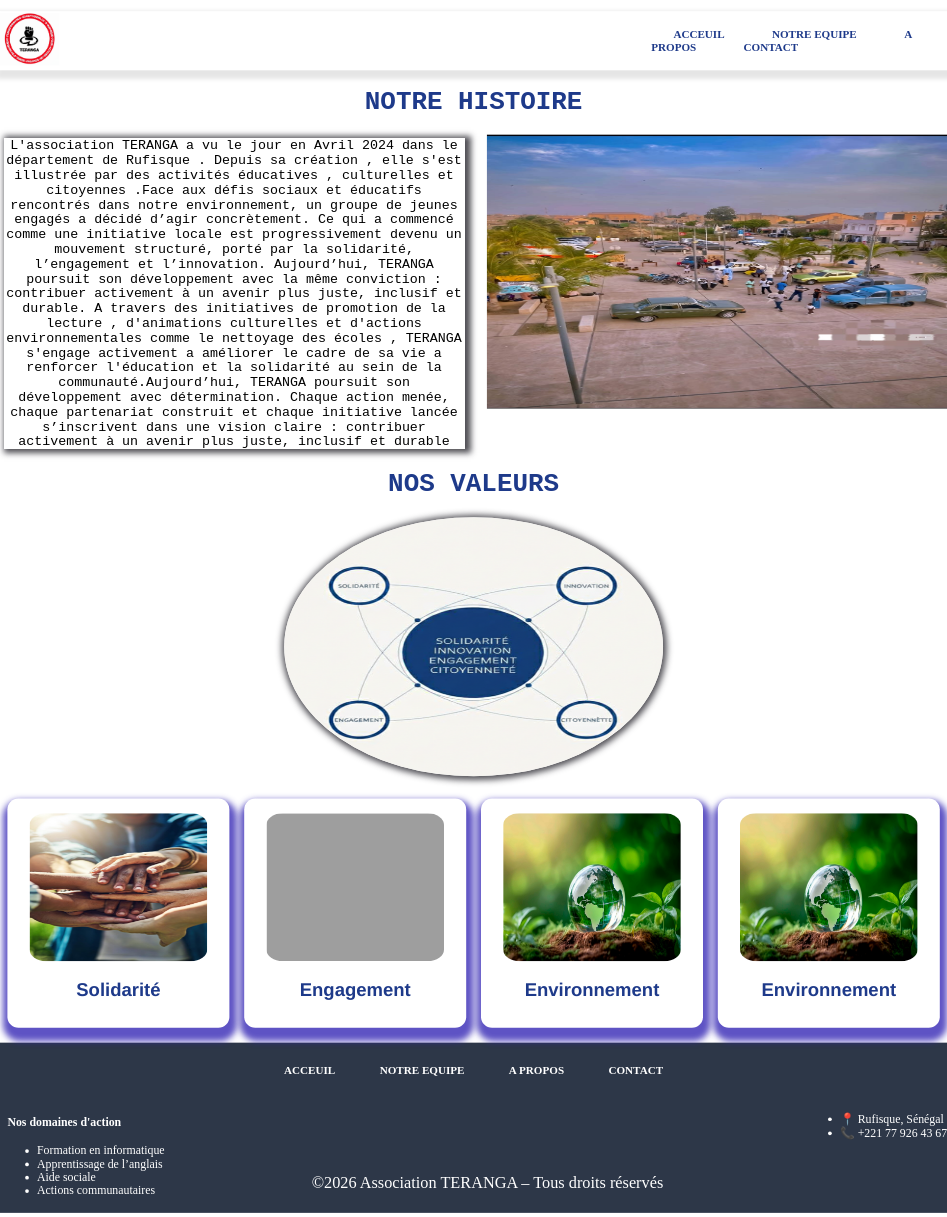
Repository: assanendao171/projet-teranga
Page: propos.html
An editor plug-in stored every save of this project. The page is shown before and after the next save, followed by the edit.
The browser window is 1280 px wide. The pictures show the whole page, at 74% of full size.
Pictures or frames that could not be fetched are drawn as grey boxes.

Above is the page before, as saved 2026-02-12 13:28:23.

### propos.html
<!DOCTYPE html>
<html lang="en">
<head>
    <meta charset="UTF-8">
    <meta name="viewport" content="width=device-width, initial-scale=1.0">
    <title>Document</title>
    <link rel="stylesheet" href="propos.css">
</head>
<body>
        <!-- l'entete -->
    <header>
      <!-- logo -->
       <div class="contain-logo">
      <img src="image/logo.jpeg" alt="" class="logo" />
      </div>
      <div class="btn-nav">
        <nav>
          <a href="acceuil.html" target="_blank">ACCEUIL</a>
          <a href="equipe.html" target="_blank">NOTRE EQUIPE</a>
          <a href="propos.html" target="_blank">A PROPOS</a>
          <a href="contact.html" target="_blank">CONTACT</a>

        </nav>
      </div>
    </header>
<!-- corps -->
<main>
<!-- section histoire -->
      <h1 id="histoire">NOTRE HISTOIRE</h1>
<div class="contain-histoire">
<p id="p-histoire">L'association TERANGA a vu le jour en Avril 2024 dans le département de Rufisque . Depuis sa création , elle
    s'est illustrée par des activités éducatives , culturelles et citoyennes .Face aux défis sociaux et éducatifs rencontrés dans notre environnement, un groupe de jeunes engagés a décidé d’agir concrètement.

Ce qui a commencé comme une initiative locale est progressivement devenu un mouvement structuré, porté par la solidarité, l’engagement et l’innovation.

Aujourd’hui, TERANGA poursuit son développement avec la même conviction : contribuer activement à un avenir plus juste, inclusif et durable.
     A travers des initiatives
    de promotion de la lecture , d'animations culturelles et d'actions environnementales comme le
    nettoyage des écoles , TERANGA s'engage activement a améliorer le cadre de sa vie a renforcer l'éducation
    et la solidarité au sein de la communauté.Aujourd’hui, TERANGA poursuit son développement avec détermination. Chaque action menée, chaque partenariat construit et chaque initiative lancée s’inscrivent dans une
    vision claire : contribuer activement à un avenir plus juste, inclusif et durable
</p>
<img src="image/histoireImage.jpeg" alt="photo histoire" class="photo-histoire">
</div>
<h1 id="valeur">NOS VALEURS</h1>
<div class="contain-valeur">
<img src="image/photo-valeur.png" alt="" class="photo-valeur">
</div>
      <div class="contain-image">
        <div class="image1">
          <img
            src="image/solidatité.jpg"
            alt="aide social"
            class="image-aide" />
          <span id="texte-aide-social">Solidarité</span>
        </div>
        <!-- ____________________ -->
        <div class="image1">
          <img src="image/engagement.jpg" alt="education" class="image-aide" />
          <span id="texte-aide-social">Engagement</span>
        </div>
        <!-- ___________________________________ -->
        <div class="image1">
          <img
            src="image/environnement.jpg"
            alt="environnement"
            class="image-aide" />
          <span id="texte-aide-social">Environnement</span>
          <!-- ______________________________________________ -->
        </div>
                <div class="image1">
          <img
            src="image/environnement.jpg"
            alt="environnement"
            class="image-aide" />
          <span id="texte-aide-social">Environnement</span>
          <!-- ______________________________________________ -->
        </div>
      </div>
</main>

    <footer>
      <nav class="btn-footer">
        <a href="acceuil.html" target="_blank">ACCEUIL</a>
        <a href="equipe.html" target="_blank">NOTRE EQUIPE</a>
        <a href="propos.html" target="_blank">A PROPOS</a>
        <a href="contact.html" target="_blank">CONTACT</a>

      </nav>
      <div class="contain-footer">
        <div class="liste-footer">
          <h4>Nos domaines d'action</h4>
          <ul>
            <li>Formation en informatique</li>
            <li>Apprentissage de l’anglais</li>
            <li>Aide sociale</li>
            <li>Actions communautaires</li>
          </ul>
        </div>
        <div class="copyright">
          <p>&copy;2026 Association TERANGA – Tous droits réservés</p>
        </div>
        <div class="contact">
          <ul>
            <li>📍 Rufisque, Sénégal</li>
            <li>📞 +221 77 926 43 67</li>
          </ul>
        </div>
      </div>
    </footer>
</body>
</html>

### propos.css
body{
    margin: 15px 0 5px 0;
}
header{
width: 100%;
height: 80px;
background-color: #FFFFFF;
box-shadow: 2px 6px 6px 6px rgba(0, 0, 0, 0.1);
display: flex;
align-items: center;
justify-content: center;
gap: 800px;
}
nav a{
    margin: 30px;
    color: #1E3A8A;
    text-decoration: none;
    font-size: 15px;
    font-weight:900;
}
nav a:hover{
    text-decoration: underline;
}
.logo{
    width: 80px;
left: 10px;
}














































footer{
    background-color: #2D3748;
    width: 100%;
    height: 230px;
    margin-top: 20px;
}
.btn-footer{
    display: flex;
    flex-direction: row;
    justify-content: center;

}
.btn-footer a{
    padding: px;
    color: #FFFFFF;
    margin: 10x;
    font-size: 15px;
}
.liste-footer{
    margin-left: 10px;
        color: #FFFFFF;

}
.contact{
    display: flex;
    flex-direction: row;
    justify-content: flex-end;
    color: #FFFFFF;
}
.contain-footer{
    display: flex;
    flex-direction: row;
    justify-content: space-between;
}
.copyright{
        color: #FFFFFF;
    font-size: 22px;
    display: flex;
    flex-direction: column;
    justify-content: flex-end;
}
/* section histoire */
#histoire{
        color: #1E3A8A;

    text-align: center;
    font-size: 35px;
font-family: 'Courier New', Courier, monospace;
}
.contain-histoire{
    display: flex;
    gap: 25px;
}
#p-histoire{
    text-align: center;
    font-size: 18px;
font-family: 'Courier New', Courier, monospace;
margin: 5px ;
   width: 50%;
    box-shadow: 5px 1px 8px 4px rgba(31, 30, 37, 0.781);
}
.photo-histoire{
    width: 50%;
    height: 370px;
}
#valeur{
        color: #1E3A8A;

    text-align: center;
    font-size: 35px;
font-family: 'Courier New', Courier, monospace;
}
.photo-valeur{
    width: 40%;
    height: 350px;
border-radius: 50%;
    box-shadow: 1px 1px 8px 4px rgba(31, 30, 37, 0.781);
}
.contain-valeur{
    display: flex;
    flex-direction: row;
    justify-content: center;
}

.contain-image{
    padding-top: 30px;
    display: flex;
    gap: 20px;
    text-align: center;
    justify-content: center;
    align-items: center;
}
.image1{
    width: 300px;
    height: 310px;
    text-align: center;
    background-color: rgb(255, 255, 255);
    border-radius: 15px;
    box-shadow: 2px 10px 8px 8px rgba(49, 34, 180, 0.781);
    color: #1E3A8A;

}
.image-aide{
        width: 240px;
    height: 200px;
    padding: 20px;
    border-radius: 15%;
}
.image-aide:hover{
    transition: 0.5s;
    transform: scale(1.1);
}
#texte-aide-social{
        font-size: 25px;
        font-weight:bold;
font-family:'Franklin Gothic Medium', 'Arial Narrow', Arial, sans-serif
}

After the next save:
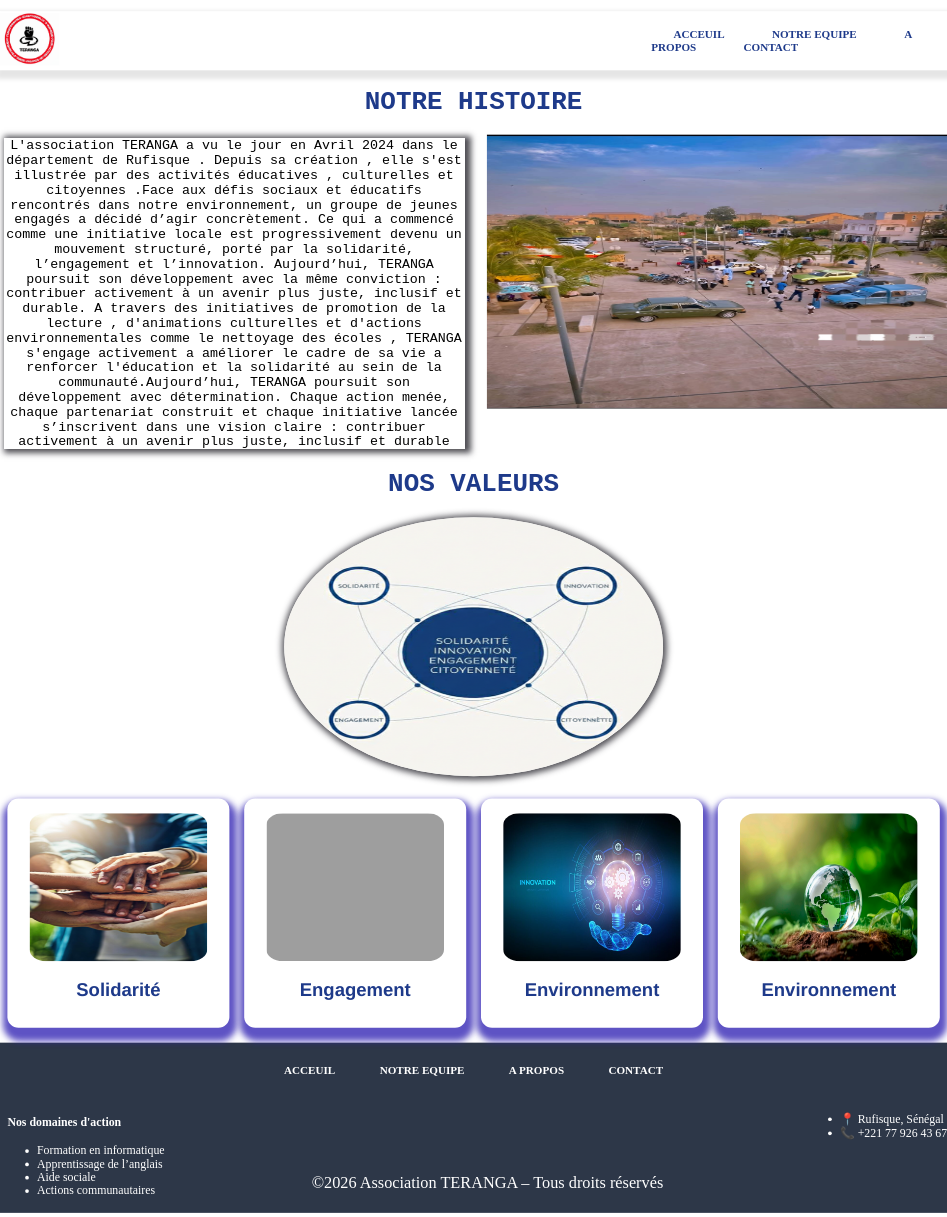
Saved 4 s later.
--- a/propos.html
+++ b/propos.html
@@ -62,7 +62,7 @@ Aujourd’hui, TERANGA poursuit son développement avec la même conviction : co
         <!-- ___________________________________ -->
         <div class="image1">
           <img
-            src="image/environnement.jpg"
+            src="image/innovation.jpg"
             alt="environnement"
             class="image-aide" />
           <span id="texte-aide-social">Environnement</span>
